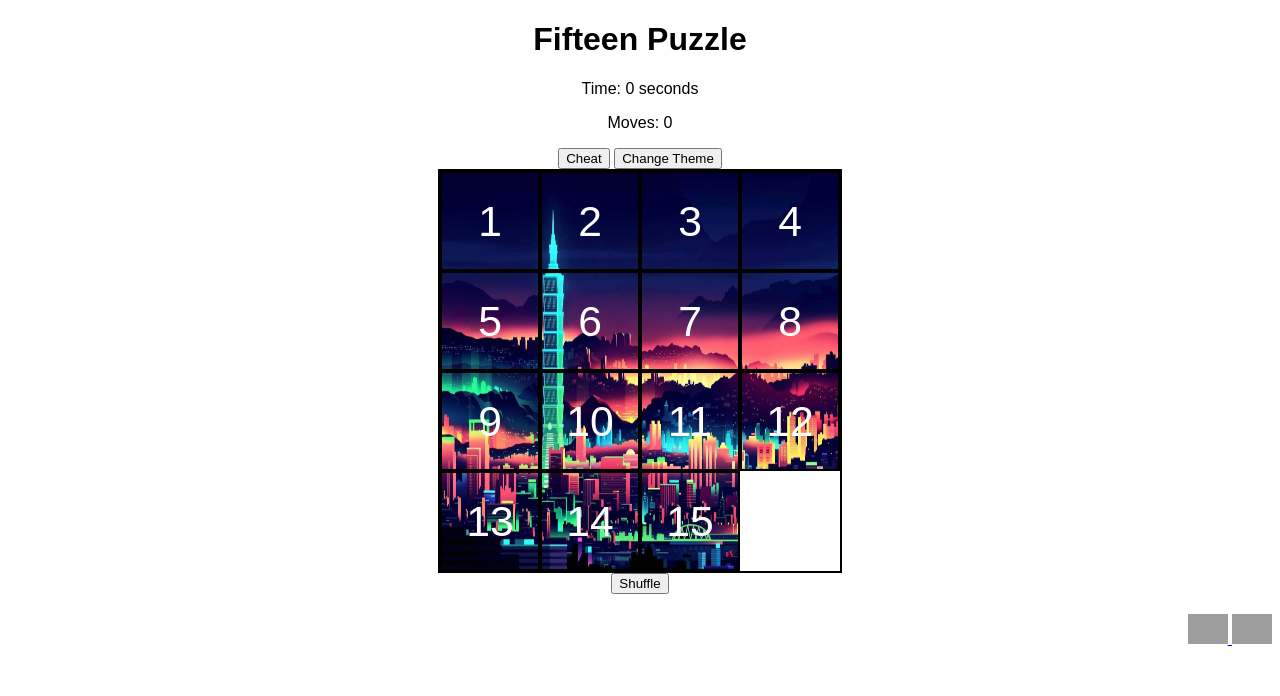
Repository: YummyFrog/WP_Project_2
Page: index.html
These files come from the project's save history. The page is drawn as it stood at one moment and after the next save; the edit follows.
The browser window is 1280 px wide. The pictures show the whole page.
Pictures or frames that could not be fetched are drawn as grey boxes.

Above is the page before, as saved 2025-08-02 19:45:20.

After the next save:
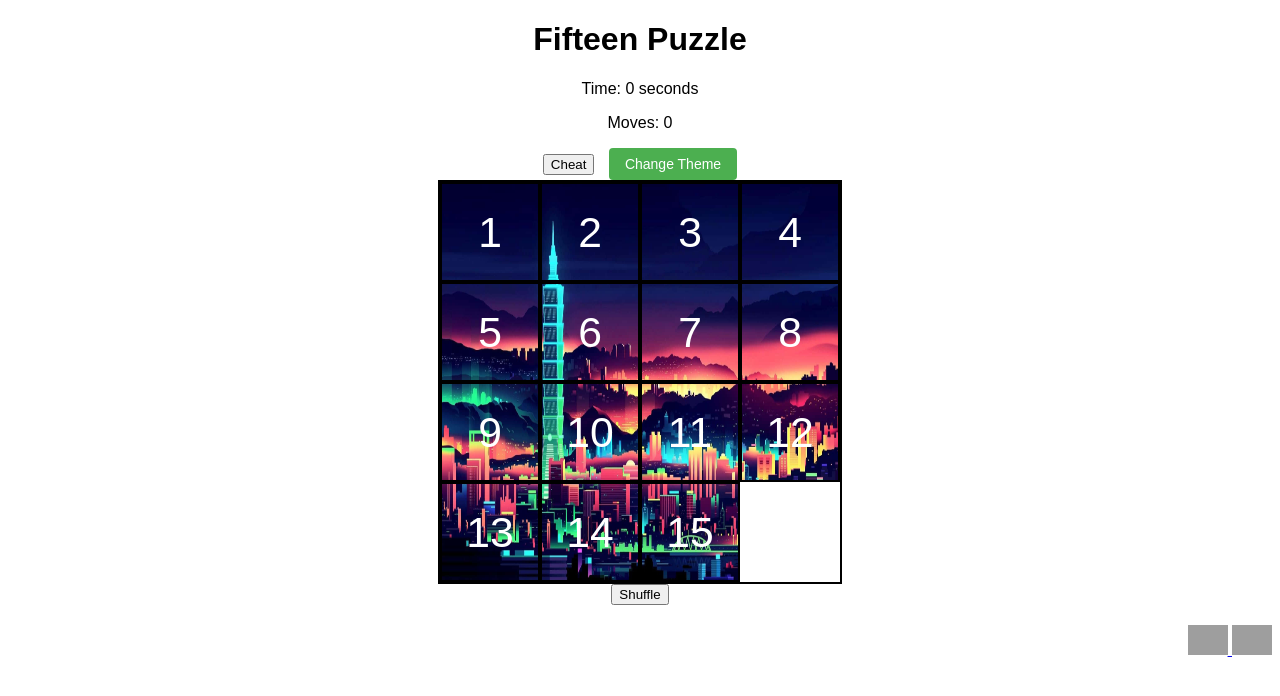
Saved 8 s later.
--- a/styles.css
+++ b/styles.css
@@ -36,3 +36,18 @@
   text-align: right;
   margin-top: 20px;
 }
+
+#themebutton {
+  margin-left: 10px;
+  padding: 8px 16px;
+  background-color: #4CAF50;
+  color: white;
+  border: none;
+  border-radius: 4px;
+  cursor: pointer;
+  font-size: 14px;
+}
+
+#themebutton:hover {
+  background-color: #45a049;
+}
